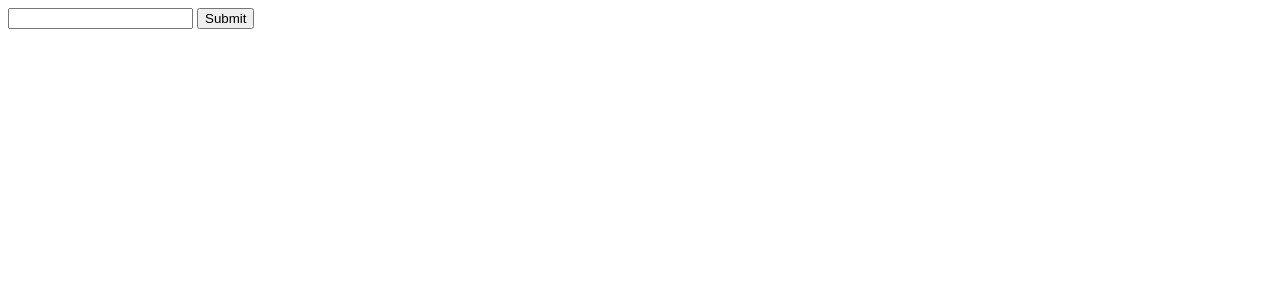
Repository: atonizer/workspace
Page: testProject/WebContent/SimpleForm.html
These files come from the project's save history. The page is drawn as it stood at one moment and after the next save; the edit follows.
The browser window is 1280 px wide. The pictures show the whole page.

Above is the page before, as saved 2016-08-18 10:30:50.

After the next save:
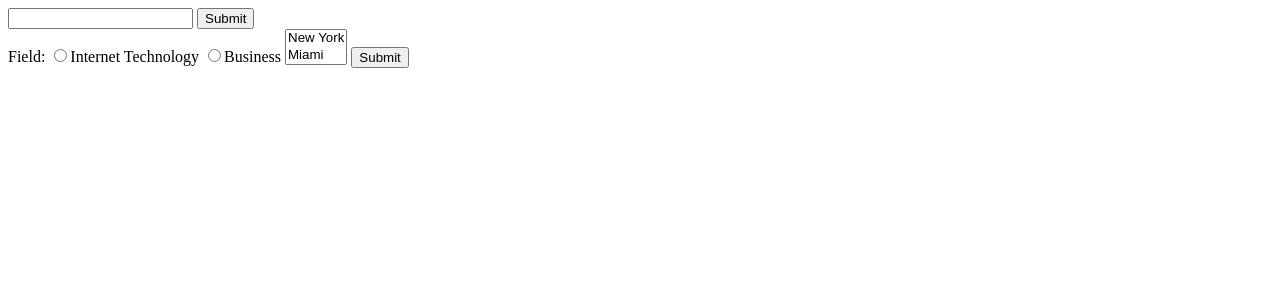
Saved 21 h 19 min later.
--- a/testProject/WebContent/SimpleForm.html
+++ b/testProject/WebContent/SimpleForm.html
@@ -8,6 +8,16 @@
 <form method="post"  action="classServletPath">
 	<input name="name" />
 	<input type="submit" />
+	<br/>
+	Field:
+	<input type="radio" name="field" value="it">Internet Technology</input>
+	<input type="radio" name="field" value="business">Business</input>
+	<select name="location" multiple size = 2>
+	<option value="newyork">New York</option>
+	<option value="miami">Miami</option>
+	<option value="los">Los</option>
+	</select>
+	<input type="submit"/>
 </form>
 </body>
 </html>
